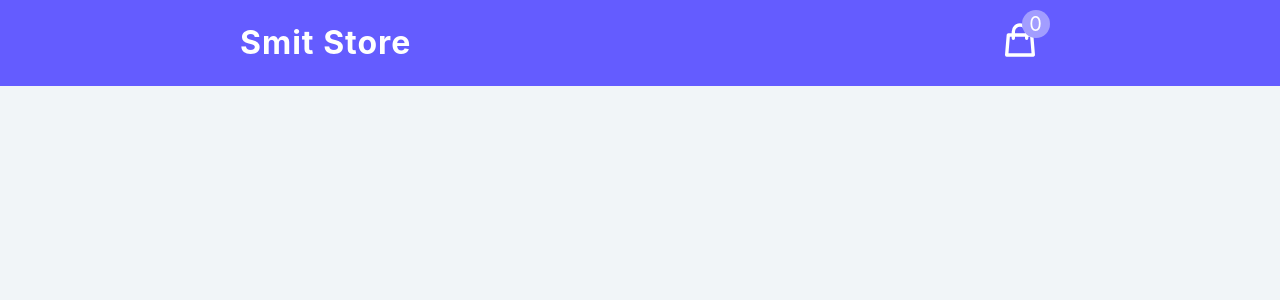
Repository: smit1298/Redux-Toolkit-Add-to-Cart
Page: /
These files come from the project's save history. The page is drawn as it stood at one moment and after a run of saves; the edit follows.
The browser window is 1280 px wide. The pictures show the whole page.
The project was rebuilt for these pictures with package versions that can differ from the ones it lists, and the page was loaded fresh each time. Also part of the build but not shown: src/components/CartItems.js.

Above is the page before, as saved 2022-11-14 15:15:15.

After the next 3 saves:
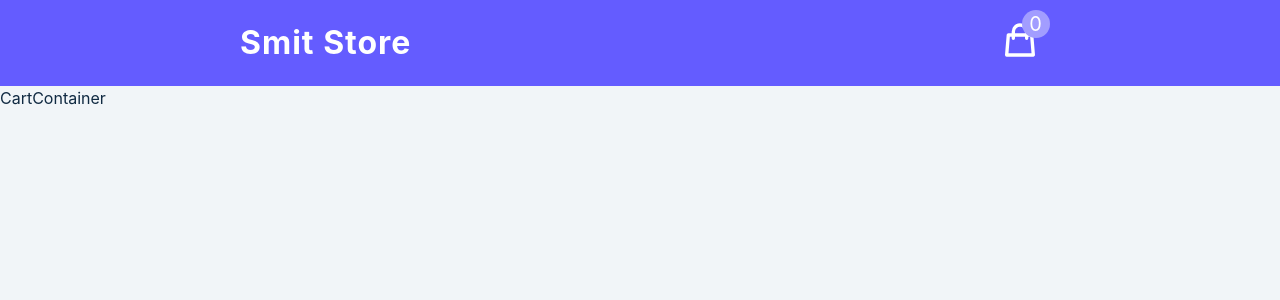
The 3 saves are shown as one change because 1 did not build or start and some came seconds apart.
The last was saved 12 s later.
--- a/src/App.js
+++ b/src/App.js
@@ -5,6 +5,7 @@
   return (
     <main>
       <Navbar />
+      <CartContainer />
     </main>
   );
 }
